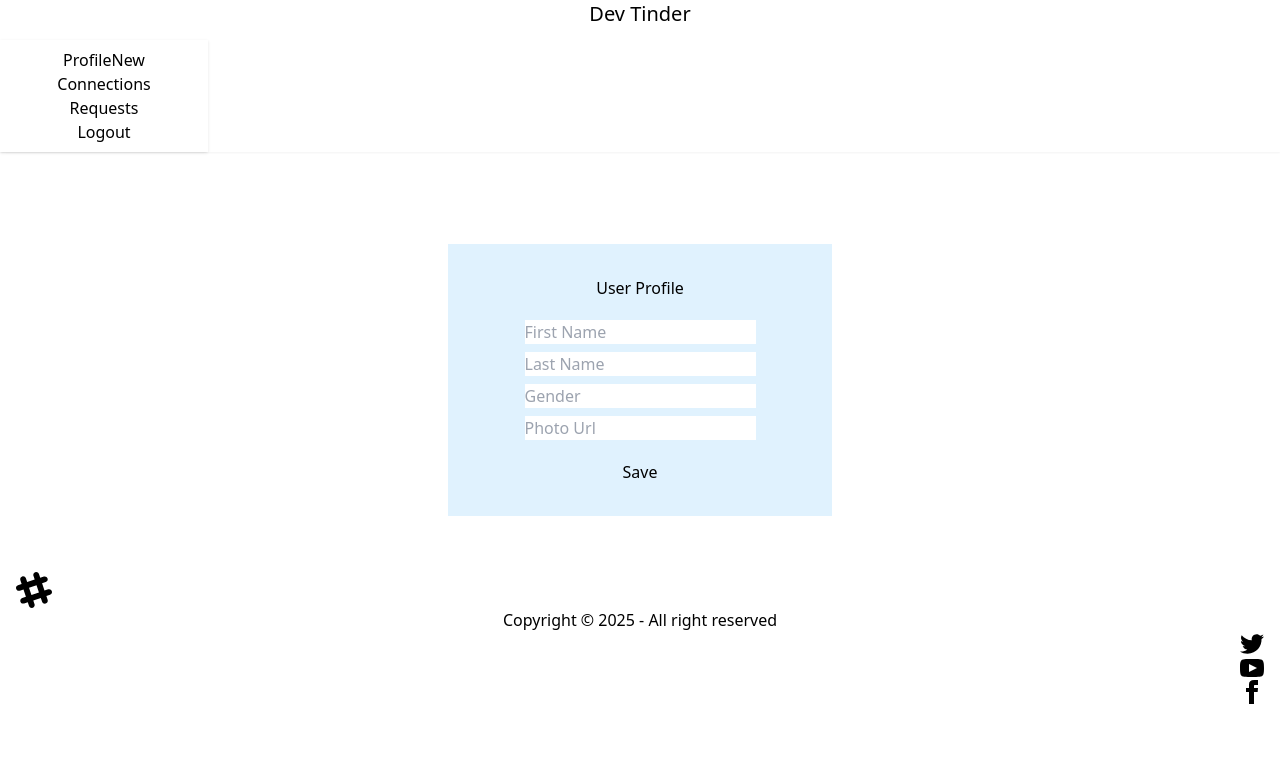
Repository: ROHIT8804/devTinderFrontEnd
Page: /profile (app in devTinder-Web/)
The author's editor kept a copy of each file at every save. The page is drawn from the files as they stood at one save, then again after the next save.
The browser window is 1280 px wide. The pictures show the whole page.
Pictures or frames that could not be fetched are drawn as grey boxes. The page's requests for data from a server got no answer. The project was rebuilt for these pictures with package versions that can differ from the ones it lists, and the page was loaded fresh each time. No one was signed in, and anything a server would have sent is missing. Also part of the build but not shown: devTinder-Web/vite.config.js, devTinder-Web/src/components/Login.jsx, devTinder-Web/src/components/UserCard.jsx, devTinder-Web/src/components/Feed.jsx.

Above is the page before, as saved 2025-09-02 07:25:09.

After the next save:
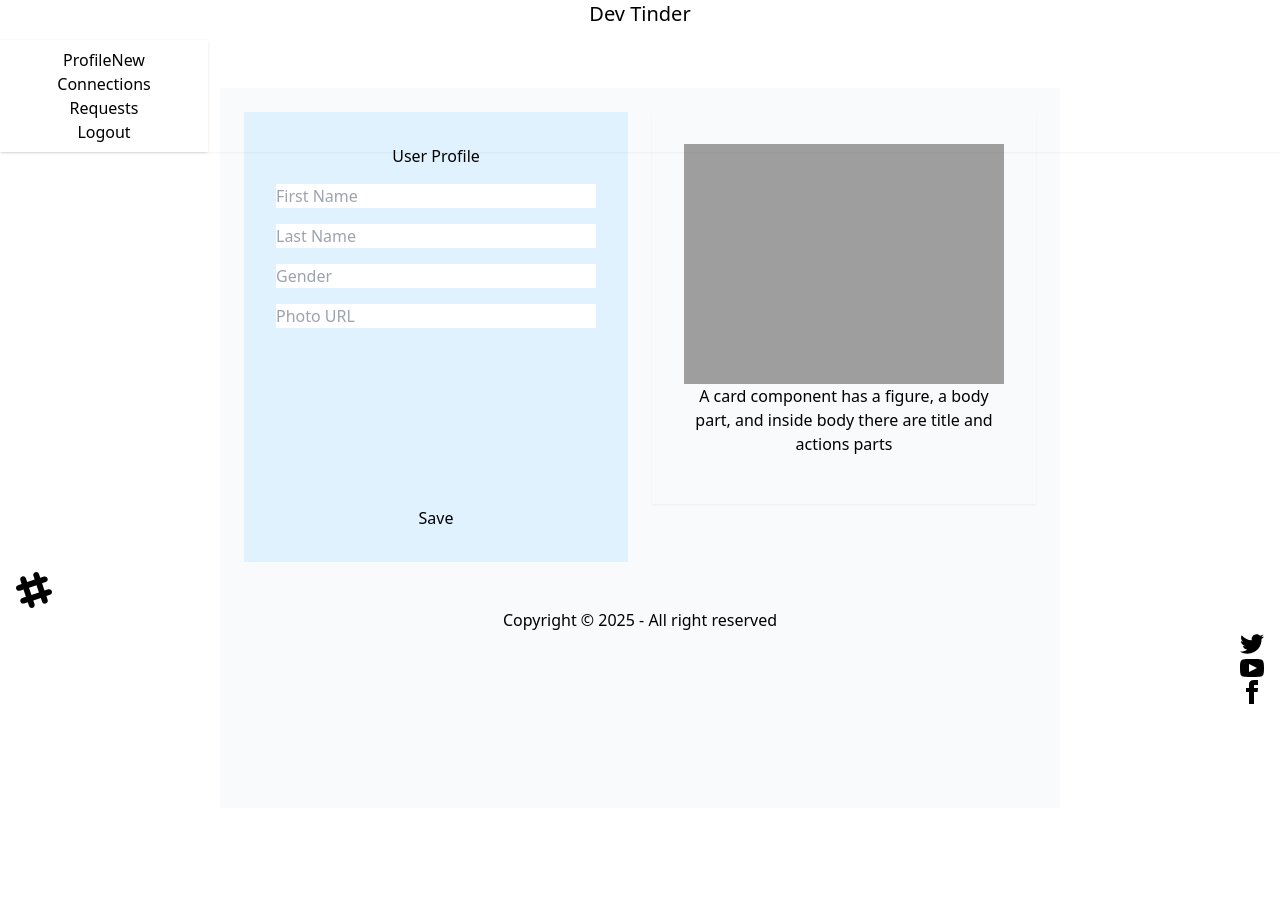
Saved 2 min 45 s later.
--- a/devTinder-Web/src/components/Profile.jsx
+++ b/devTinder-Web/src/components/Profile.jsx
@@ -4,34 +4,48 @@ import { useDispatch, useSelector } from 'react-redux';
 import { setUser } from '../utils/userSlice';
 import { useNavigate } from 'react-router-dom';
 import { BASE_URL } from '../utils/constants';
+import ProfileCard from './ProfileCard';
 
 function Profile() {
 
-  const user = useSelector((state) => state.user);
+  const user = useSelector((state) => state.user?.userData || {});
+
   const [firstName, setFirstName] = useState(user.firstName || "");
   const [lastName, setLastName] = useState(user.lastName || "");
-  const [gender, setGender] = useState("");
-  const [photoUrl, setPhotoUrl] = useState("");
+  const [gender, setGender] = useState(user.gender || "");
+  const [photoUrl, setPhotoUrl] = useState(user.photoUrl || "");
   const [error, setError] = useState("");
   const dispatch = useDispatch();
   const navigate = useNavigate();
+  const [response, setResponse] = useState({});
+  console.log("user", user);
+  const userData = {
+    firstName: firstName,
+    lastName: lastName, gender: gender, photoUrl: photoUrl
+  }
+
+
 
   const handleProfileEdit = async (e) => {
     try {
+      setError("");
+      setResponse({});
       const response = await axios.patch(BASE_URL + '/profile/update', {
         firstName: firstName,
-        lastName:lastName,
-        gender:gender,
-        photoUrl:photoUrl
+        lastName: lastName,
+        gender: gender,
+        photoUrl: photoUrl
       },
-      {withCredentials: true}
-    );
-    // const { firstName, emailId } = response.data.user;
-    // localStorage.setItem('user', JSON.stringify({ name:firstName, email: emailId }));
-    // dispatch(setUser({ name:firstName, email: emailId }));
-
+        { withCredentials: true }
+      );
+      setResponse(response.data);
     } catch (error) {
       setError(error?.response?.data || "Login failed. Please try again.");
+      if (error.response && error.response.status === 401) {
+              localStorage.removeItem("user");
+              dispatch(logout());
+              navigate("/login");
+            }
       console.error("Error handling email change:", error?.response?.data);
     }
   }
@@ -41,39 +55,83 @@ function Profile() {
     // if(user){
     //   navigate('/feed');
     // }
-  },[navigate]);
+  }, [navigate]);
 
   return (
-    <div className="card card-border bg-base-100 w-96" style={{ backgroundColor: "#e0f2fe" }}>
-        <h2 className="card-title justify-center">User Profile</h2>
-      <div className="card-body">
-        <div className="mt-5">
-          <label className="input validator">
-            <input type="text" value={firstName} onChange={(e)=>setFirstName(e.target.value)} placeholder="First Name"  />
-          </label>
-        </div>
-        <div className="mt-2">
-          <label className="input validator">
-            <input type="text" value={lastName} onChange={(e)=>setLastName(e.target.value)} placeholder="Last Name"  />
-          </label>
-        </div>
-        <div className="mt-2">
-          <label className="input validator">
-            <input type="text" value={gender} onChange={(e)=>setGender(e.target.value)} placeholder="Gender"  />
-          </label>
-        </div>
-        <div className="mt-2">
-          <label className="input validator">
-            <input type="text" value={photoUrl} onChange={(e)=>setPhotoUrl(e.target.value)} placeholder="Photo Url"  />
-          </label>
+    <div className="p-6 min-h-screen bg-gray-50">
+      <div className="flex flex-col md:flex-row gap-6 justify-center items-stretch">
+
+        <div className="card card-border bg-base-100 w-96 h-fit md:h-[450px] flex flex-col" style={{ backgroundColor: "#e0f2fe" }}>
+          <div className="card-body flex flex-col h-full">
+            <h2 className="card-title justify-center mb-4">User Profile</h2>
+
+            <div className="flex-grow space-y-4">
+              <div>
+                <label className="input input-bordered flex items-center gap-2">
+                  <input
+                    type="text"
+                    value={firstName}
+                    onChange={(e) => setFirstName(e.target.value)}
+                    placeholder="First Name"
+                    className="grow"
+                  />
+                </label>
+              </div>
+
+              <div>
+                <label className="input input-bordered flex items-center gap-2">
+                  <input
+                    type="text"
+                    value={lastName}
+                    onChange={(e) => setLastName(e.target.value)}
+                    placeholder="Last Name"
+                    className="grow"
+                  />
+                </label>
+              </div>
+
+              <div>
+                <label className="input input-bordered flex items-center gap-2">
+                  <input
+                    type="text"
+                    value={gender}
+                    onChange={(e) => setGender(e.target.value)}
+                    placeholder="Gender"
+                    className="grow"
+                  />
+                </label>
+              </div>
+
+              <div>
+                <label className="input input-bordered flex items-center gap-2">
+                  <input
+                    type="text"
+                    value={photoUrl}
+                    onChange={(e) => setPhotoUrl(e.target.value)}
+                    placeholder="Photo URL"
+                    className="grow"
+                  />
+                </label>
+              </div>
+
+              {error && <p className="text-red-500 text-left w-full">{error}</p>}
+              {response?.message && <p className="text-green-500 text-left w-full">{response.message}</p>}
+            </div>
+
+            <div className="card-actions justify-center mt-6">
+              <button className="btn btn-primary px-8" onClick={handleProfileEdit}>
+                Save
+              </button>
+            </div>
+          </div>
         </div>
 
-        <p className="text-red-500 text-left w-full">{error}</p>
-        <div className="card-actions justify-center mt-5">
-          <button className="btn btn-primary" onClick={handleProfileEdit}>Save</button>
+        <div className="w-96 md:h-[450px]">
+          <ProfileCard user={userData} />
         </div>
       </div>
     </div>
+
   );
 
 }
